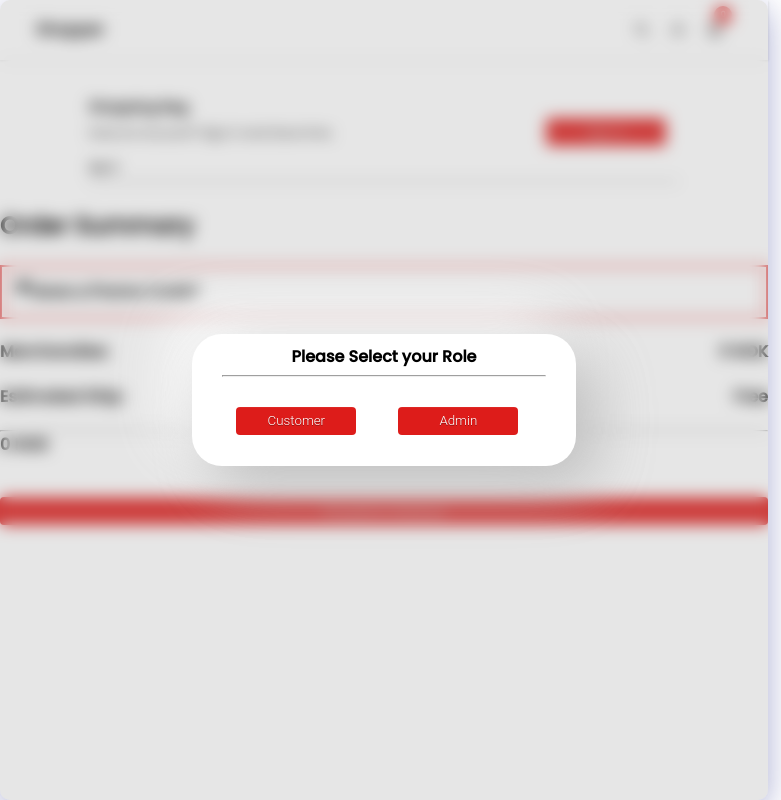
Repository: coolronts/aize-project
Page: /cart
These files come from the project's save history. The page is drawn as it stood at one moment and after the next save; the edit follows.
The browser window is 768 px wide. The page is 781 px wide, then 769 px, so the pictures cover 781 px, including what lies to the right of the window. The pictures show the whole page.
The project was rebuilt for these pictures with package versions that can differ from the ones it lists, and the page was loaded fresh each time. Also part of the build but not shown: src/components/CartItem/CartItem.tsx, src/pages/Shop/shop.module.css, src/components/Card/Card.tsx, src/components/EditModal/editModal.module.css, src/components/EditModal/EditModal.tsx, src/components/AddModal/addModal.module.css, src/components/AddModal/AddModal.tsx, src/pages/Shop/Shop.tsx.

Above is the page before, as saved 2021-09-17 12:45:28.

### src/index.css
* {
    line-height: 1.6;
}

h1 {
    font-size: 2em;
}

h2 {
    font-size: 1.5em;
}

h3 {
    font-size: 1.17em;
}

h4 {
    font-size: 1em;
}

### src/App.tsx
import React, { useState, useEffect } from 'react';
import {BrowserRouter,Switch,Route} from 'react-router-dom';

//components
import Cart from "./pages/Cart/Cart"
import Shop from "./pages/Shop/Shop"
import Modal from "./components/Modal/Modal"
import Header from "./components/Header/Header"

//context
import {UserContextProvider} from './context/user'
import {CommonContextProvider} from './context/common'

//interface
import {ProductCartType, IProduct} from './interfaces'

//api
import {Get, Delete} from './api/api'

const App: React.FunctionComponent = () => {
  //States
  //user States
  const [id, setId] = useState<number|null>(null)
  const [role, setRole]= useState<'ADMIN'|'CUSTOMER'|null>(null)

  //product States
  const [products, setProducts] = useState<ProductCartType[]>([])
  const [allProducts, setAllProducts] = useState<IProduct[]>([])
  const [cartQty, setCartQty] = useState<number>(0)

  //common States
  const [isLoading,setIsLoading] = useState<boolean>(false)
  const updateIsLoading = (state:boolean)=>{setIsLoading(state)}

  const [isError,setIsError] = useState<boolean>(false)
  const updateIsError = (state:boolean)=>{setIsError(state)}

  const [isEdit, setIsEdit] = useState<string>('')
  const updateIsEdit = (type:string)=>{setIsEdit(type)}

  const [isAdd, setIsAdd] = useState<boolean>(false)
  const updateIsAdd = (state:boolean)=>{setIsAdd(state)}


  const [selectedProduct, setSelectedProduct] = useState<IProduct>({} as IProduct)
  const updateSelectedProduct = (product: IProduct)=>{setSelectedProduct(product)}


  const getAllProducts = ()=>{
    updateIsLoading(true)
    Get.getProducts()
    .then(response => (setAllProducts(response)))
    .catch(error => (setIsError(error)))
    updateIsLoading(false)
  }

  const DeleteProduct = (id:number)=>{
    updateIsLoading(true)
    Delete.deleteProduct(id)
    .then(() => getAllProducts())
  }

  const addUser = (_id:number) =>{
    updateIsLoading(true)
    setId(()=>_id);
    (_id%2===0) ? setRole(()=>'CUSTOMER') : setRole(()=>'ADMIN')
    updateIsLoading(false)
  }

  const addProduct = (_id:number, _quantity:number) =>{
    const foundProduct = products.find(x => x.id === _id)
    if(foundProduct){foundProduct.quantity += _quantity}
    else{setProducts(products.concat({id:_id,quantity:_quantity}))}
    setCartQty(()=>cartQty+1)
  }

  const addCart = async (_cart:ProductCartType[])=>{setProducts(()=>(_cart))}

  useEffect(() =>{
    if(id != null){
      updateIsLoading(true)
      Get.getUserCart(id)
      .then(response =>{
        if(response.products != null){
          addCart(response.products)
          let totalQty = 0
          response.products.map((product) => totalQty += product.quantity)
          setCartQty(totalQty)
          updateIsLoading(false)}
        }
      )}
  },[id])


  const userContextValues ={Cart:{id,products},cartQty, role,addUser,addProduct, addCart, DeleteProduct}
  const commonContextValues = {selectedProduct, updateSelectedProduct, isLoading, isError, updateIsError, updateIsLoading, allProducts,  getAllProducts, isEdit, updateIsEdit, isAdd, updateIsAdd}


  return (
    <CommonContextProvider value={commonContextValues}>
      <UserContextProvider value={userContextValues}>
        {(id==null || isLoading ) && <Modal/>}
        <BrowserRouter>
          <Header/>
          <Switch>
            <Route path="/" exact component={Shop}/>
            {<Route path="/cart" exact component={Cart}/>}
          </Switch>
        </BrowserRouter>
      </UserContextProvider>
    </CommonContextProvider>
  )
};

export default App;

### src/pages/Cart/Cart.tsx
import React,{useContext,  useState} from 'react';
import styles from './cart.module.css';
import {AiFillTag} from "react-icons/ai";

//components
import CartItem from '../../components/CartItem/CartItem'

//context
import UserContext from '../../context/user'
const Cart: React.FunctionComponent = () => {

  const userContext = useContext(UserContext)
  const productsList = userContext.Cart.products

  const[total,setTotal]= useState<number>(0)

  const updateTotal = (newPrice:number):void =>{setTotal((prevState)=>newPrice+prevState)}

  return (
    <div className={styles.container}>
      <div className={styles.shoppingBag}>
        <h1>Shopping Bag</h1>
        <div className={styles.signInContainer}>
          <p>Have an Account? Sign in and Save time.</p>
          <button>Sign In </button>
        </div>
        <div className={styles.cart}>
          <h2>Qty: {userContext.cartQty} </h2>
          <hr/>
          {productsList.map((item,index) => {
            return (
              <div key={index}>
                <CartItem id={item.id} qty={item.quantity}  updateTotal={updateTotal}/>
              </div>
            )
          })}
        </div>
      </div>
      <div className={styles.orderSummary}>
        <h2>Order Summary</h2>
        <div className={styles.promoCode}>
          <AiFillTag/>
          <h4>Have a Promo Code?</h4>
        </div>
        <div className={styles.price}>
          <h4>Merchandise:</h4>
          <strong>{total} NOK</strong>
        </div>
        <div className={styles.price}>
          <h4>Estimated Ship:</h4>
          <strong>Free</strong>
        </div>
        <hr/>
        <div className={styles.price}>
          <h3><strong>Order Total</strong></h3>
          <strong>{total} NOK</strong>
        </div>
        <div className={styles.PayButtonContainer}>
          <button>Proceed to Checkout</button>
        </div>
      </div>
    </div>
  )
};

export default Cart;

### src/components/Modal/Modal.tsx
import React, { useContext } from 'react';
import styles from './modal.module.css'

//context
import UserContext from '../../context/user'
import CommonContext from '../../context/common'

const Modal: React.FunctionComponent = () => {
  const userContext = useContext(UserContext)
  const commonContext = useContext(CommonContext)

  return (
    <div className={styles.container}>
      <div className={styles.modal}>
        {commonContext.isLoading ?
          <div className={styles.loaderContainer}>
            <div className={styles.loader}></div>
          </div>

        :
          <>
            <h4>Please Select your Role</h4>
            <hr/>
            <div className={styles.buttonContainer}>
              <button onClick={()=>{!userContext.Cart.id && userContext.addUser(Math.floor(Math.random() * 49)*2)}}>Customer</button>
              <button onClick={()=>{!userContext.Cart.id && userContext.addUser(Math.floor(Math.random() * 49)*2 + 1)}}>Admin</button>
            </div>
          </>
        }
      </div>
    </div>
  )
}

export default Modal

### src/components/Header/Header.tsx
import React, {useContext} from 'react';
import styles from './header.module.css';
import {Link} from "react-router-dom";
//component
import Logo from '../Logo/Logo'
//context
import UserContext from '../../context/user';

const Header: React.FunctionComponent = () => {
  const userContext = useContext(UserContext)
  const role = userContext.role

  return (
    <header>
      <div>
        <Link to="/" className={styles.linkStyle}><h1>Shopper</h1></Link>
      </div>
      <h3 className={styles.role}> <span>you're logged in as </span>{role}</h3>
      <div className={styles.logoContainer}>
        <Logo logo={"search"}/>
        <Logo logo={"user"}/>
        <Logo logo={"cart"}/>
      </div>
    </header>
  )
}

export default Header

### src/context/user.ts
import { createContext } from "react";
import {IUserProp, ProductCartType} from '../interfaces'

//initializing the state
const UserContext = createContext<IUserProp>({
  Cart:{id:null,products:[]},
  role:null,
  cartQty: 0,
  addCart:(products:ProductCartType[])=>{},
  addUser:(id:number)=>{},
  addProduct:(id:number)=>{},
  DeleteProduct:(id:number)=>{}
})

export const UserContextConsumer = UserContext.Consumer;
export const UserContextProvider = UserContext.Provider;
export default UserContext;

### src/context/common.ts
import { createContext } from "react";
import {ICommon,IProduct} from '../interfaces'

//initializing the state
const CommonContext = createContext<ICommon>({
  isLoading:false,
  isError:false,
  updateIsLoading:(state:boolean) =>{},
  updateIsError:(state:boolean) =>{},
  allProducts:[],
  getAllProducts:()=>{},
  isEdit:'',
  updateIsEdit:(type:string)=>{},
  selectedProduct:{} as IProduct,
  updateSelectedProduct:(product:IProduct|null)=>{},
  isAdd:false,
  updateIsAdd:(state:boolean)=>{}
})

export const CommonContextConsumer = CommonContext.Consumer;
export const CommonContextProvider = CommonContext.Provider;
export default CommonContext;

### src/api/api.ts
import axios, {AxiosResponse} from 'axios';
import {IProduct, UserCartType} from '../interfaces'

const instance = axios.create({
  baseURL: 'http://localhost:8080',
  timeout: 15000,
});

const responseBody = (response: AxiosResponse) => response.data;

const requests = {
	get: (url: string) => instance.get(url).then(responseBody),
  delete: (url: string) => instance.delete(url).then(responseBody),
  put: (url: string, body: {}) => instance.put(url, body).then(responseBody),
  post: (url: string, body: {}) => instance.post(url, body).then(responseBody),
};


export const Get={
  getProducts: (): Promise<IProduct[]> => requests.get('products'),
  getUserCart: (id:number): Promise<UserCartType> => requests.get('carts/'+ id),
  getProduct: (id:number): Promise<IProduct> => requests.get('products/'+ id),
  searchProduct: (query:string): Promise<IProduct[]> => requests.get('products?q='+ query),
}

export const Delete={
  deleteProduct: (id:number): Promise<void> => requests.delete('products/'+id)
}

export const Put={
  updateProduct: (post: IProduct, id: number): Promise<IProduct> =>requests.put('/products/' + id, post)
}
export const Post={
  addProduct: (post: IProduct): Promise<IProduct> =>requests.post('/products', post)}

### src/pages/Cart/cart.module.css
strong {
    font-weight: 600;
}

.container {
    padding: 24px 80px;
    display: flex;
}

.shoppingBag {
    width: 80%;
    padding: 12px 0px;
}

.signInContainer {
    margin-bottom: 12px;
    margin-top: 12px;
    display: flex;
    align-items: center;
    justify-content: space-between;
}

.cart {
    padding-top: 46px;
}

.orderSummary {
    padding: 12px 24px;
    width: 50%;
}

.promoCode {
    display: flex;
    margin: 20px 0;
    border: 2px solid #dd1c1a;
    padding: 12px;
    width: 100%;
    text-align: center;
}

.price {
    display: flex;
    justify-content: space-between;
    margin-bottom: 20px;
}

.PayButtonContainer>button {
    margin-top: 20px;
    width: 100%;
}

.buttonContainer {
    margin-top: 24px;
    display: flex;
    justify-content: center;
}

button {
    cursor: pointer;
    width: 120px;
    background-color: #dd1c1a;
    display: inline-block;
    padding: 0.3em 1.2em;
    margin: 0 1em 0.1em 0;
    border: 0.16em solid rgba(255, 255, 255, 0);
    border-radius: 2em;
    box-sizing: border-box;
    text-decoration: none;
    font-family: 'Roboto', sans-serif;
    font-weight: 300;
    color: white;
    text-shadow: 0 0.04em 0.04em rgba(0, 0, 0, 0.35);
    text-align: center;
    transition: all 0.2s;
}

button:hover {
    border-color: rgba(255, 255, 255, 1);
}

@media screen and (max-width: 800px) {
    h1 {
        font-size: 14px;
    }
    .orderSummary>h2 {
        font-size: 24px;
    }
    p {
        font-size: 12px;
    }
    button {
        width: 120px;
        border-radius: 0.3em;
        padding: 0.1em 0.4em;
    }
    .container {
        padding: 24px 0px;
        flex-direction: column;
        align-items: center;
    }
    .shoppingBag {
        width: 80%;
        padding: 12px 12px;
        text-align: left;
    }
    .signInContainer {
        margin-bottom: 0px;
        margin-top: 0px;
    }
    .cart {
        padding-top: 12px;
    }
    img {
        padding: 0px;
    }
    .orderSummary {
        padding: 12px 0px;
        width: 100%;
    }
}

### src/components/Modal/modal.module.css
.container {
    width: 100%;
    height: 100%;
    position: fixed;
    background: rgba( 155, 155, 155, 0.25);
    box-shadow: 0 8px 32px 0 rgba( 31, 38, 135, 0.37);
    backdrop-filter: blur( 8px);
    -webkit-backdrop-filter: blur( 8px);
    border-radius: 10px;
    z-index: 20;
}

.modal {
    text-align: center;
    background-color: white;
    border-radius: 10px;
    padding: 10px 30px;
    width: 50%;
    position: absolute;
    top: 50%;
    left: 50%;
    transform: translate(-50%, -50%);
    border-radius: 30px;
    background: white;
    box-shadow: 20px 20px 60px #bebebe, -20px -20px 60px #ffffff;
}

.buttonContainer {
    display: flex;
    margin: 20px 0;
    justify-content: space-around;
    flex-wrap: wrap;
}

.buttonContainer>button {
    margin-top: 10px;
}

.loaderContainer {
    padding: 10px 30px 10px 30px;
    width: 100%;
    height: 100%;
    display: flex;
    justify-content: center;
}

.loader {
    position: relative;
    border: 16px solid #f3f3f3;
    border-radius: 50%;
    border-top: 16px solid #3498db;
    width: 120px;
    height: 120px;
    -webkit-animation: spin 2s linear infinite;
    /* Safari */
    animation: spin 2s linear infinite;
}


/* Safari */

@-webkit-keyframes spin {
    0% {
        -webkit-transform: rotate(0deg);
    }
    100% {
        -webkit-transform: rotate(360deg);
    }
}

@keyframes spin {
    0% {
        transform: rotate(0deg);
    }
    100% {
        transform: rotate(360deg);
    }
}

@media screen and (max-width: 800px) {
    .container {
        text-align: center;
    }
}

### src/components/Header/header.module.css
header {
    box-shadow: 0 1px 3px 0 rgba(0, 0, 0, 0.1), 0 1px 2px 0 rgba(0, 0, 0, 0.06);
    padding: 12px 36px;
    display: flex;
    justify-content: space-between;
    align-items: center;
}

.logoContainer {
    display: flex;
}

.role {
    color: #dd1c1a;
}

.role>span {
    font-size: 12px;
    margin-right: 3px;
    color: black;
}

.linkStyle {
    text-Decoration: none;
    color: black;
}

@media screen and (max-width: 800px) {
    .linkStyle>h1 {
        font-size: 16px;
    }
}

### src/components/Logo/Logo.tsx
import React, {useContext, useState} from 'react'
import styles from './logo.module.css'
import {Link} from "react-router-dom"

//icons
import {MdCancel} from "react-icons/md"
import { AiOutlineShoppingCart, AiOutlineUser, AiOutlineSearch } from 'react-icons/ai';

//interface
import {IProduct} from '../../interfaces'

//context
import UserContext from '../../context/user'

//api
import {Get} from "../../api/api"

const Logo: React.FunctionComponent<{logo:string}>= ({logo}) => {
  const userContext = useContext(UserContext)

  const [searchItems, setSearchItems] = useState<IProduct[]>([])
  const [isSearch, setIsSearch] = useState<boolean>(false)

  const search = (keyword:any) =>{
    if(keyword.length===0){
      setIsSearch(false)
    }
    else{
      setIsSearch(true)
      Get.searchProduct(keyword)
      .then(result => {setSearchItems(()=>result.slice(0,5))})
    }
  }
  return (
    <>
      {logo==="cart" && (
        <Link to="/cart">
          <div className={styles.logoContainer}>
            <AiOutlineShoppingCart className={styles.icon}/>
            {userContext.Cart.products != null && (<p className={styles.badge}>{userContext.cartQty}</p>)}
          </div>
        </Link>
      )}

      {logo==="user" && (
        <div className={styles.logoContainer}>
         <AiOutlineUser className={styles.icon}/>
        </div>
      )}

      {logo==="search" && (
        <>
          { isSearch && <div className={styles.searchContainer}>
            <input type="text" onChange={(e)=>search(e.target.value)} className={styles.searchBox}/>
            <MdCancel onClick={()=>setIsSearch(false)}  />
            <>
              {isSearch &&
                <div className={styles.suggestionContainer}>
                  {isSearch && searchItems.map((item,index)=>{
                    return(
                      <div key={index} className={styles.suggestionContainer}>
                        <div className={styles.suggestion}>
                          <div className={styles.imageContainer}>
                            <img src={item.defaultImage} alt="product"/>
                          </div>

                          <div className={styles.info}>
                            <p className={styles.name}>{item.name}</p>
                            <p>Price: {item.price} Nok</p>
                            <p>Discount:  -{item.discount}%</p>
                          </div>
                        </div>
                        <hr></hr>
                      </div>
                     )
                  })}
                </div>
              }
            </>
          </div>}

          <div onClick={()=>{
            setIsSearch(true)
            setSearchItems([])
            }} className={styles.logoContainer}>
            <AiOutlineSearch  className={styles.icon}/>
          </div>
        </>
      )}
    </>
  )
}

export default Logo

### src/components/CartItem/cartItem.module.css
strong {
    font-weight: 600;
}

.product {
    display: flex;
    margin-top: 20px;
    border-bottom: 2px solid whitesmoke;
    padding: 10px 10px;
    cursor: pointer;
}

.product:hover {
    border-radius: 30px;
    background: #e0e0e0;
    box-shadow: 20px 20px 60px #bebebe, -20px -20px 60px #ffffff;
}

.imageContainer>img {
    width: 200px;
    border-radius: 30px;
    object-fit: contain;
}

.productInfo {
    height: inherit;
    display: flex;
    flex-direction: column;
    justify-content: space-between;
    margin-left: 20px;
    width: 50%;
}

.vl {
    border-left: 2px solid #D3D3D3;
    height: 60px;
    align-self: center;
}

.productSummary {
    margin-left: 20px;
    display: flex;
    flex-direction: column;
    justify-content: center;
    text-align: center;
    color: #dd1c1a;
    width: 45%;
}

@media screen and (max-width: 800px) {
    h1 {
        font-size: 14px;
    }
    h2 {
        font-size: 10px;
    }
    p {
        font-size: 12px;
    }
    .product {
        flex-direction: column;
    }
    .imageContainer>img {
        width: 200px;
    }
    .productInfo {
        margin-left: 0px;
        width: 100%;
    }
    .vl {
        display: none
    }
    .productSummary {
        margin-left: 0px;
        flex-direction: row;
        justify-content: flex-start;
        text-align: left;
    }
}

### src/components/Card/card.module.css
            @import url('https://fonts.googleapis.com/css2?family=Poppins:wght@300;400;500&display=swap');
            * {
                margin: 0;
                padding: 0;
                box-sizing: border-box;
                font-family: 'Poppins', sans-serif;
            }

            .container {
                overflow: hidden;
                position: relative;
                display: flex;
                flex-direction: column;
                justify-content: space-between;
                cursor: pointer;
                width: 300px;
                height: 360px;
                padding: 25px;
                background: #fff;
                max-width: 260px;
                border-radius: 20px;
                margin: 10px auto;
                border-radius: 50px;
                box-shadow: 20px 20px 60px #bebebe, -20px -20px 60px #ffffff;
            }

            .discount {
                position: absolute;
                background-color: #dd1c1a;
                font-weight: bold;
                font-size: 14px;
                color: white;
                padding-left: 20px;
                padding-top: 24px;
                height: 65px;
                width: 65px;
                border-radius: 50%;
                left: -10px;
                top: -15px;
                box-shadow: 0 5px 10px rgba(146, 61, 36, 0.05), 0 15px 40px rgba(165, 83, 63, 0.2);
            }

            .imageContainer {
                text-align: center;
            }

            .imageContainer>img {
                width: 100px;
            }

            .adminControl {
                display: flex;
                justify-content: center;
            }

            .adminControl>.icon {
                margin-right: 10px;
                padding: 3px 3px 3px 3px;
                font-size: 30px;
            }

            .adminControl>.icon:hover {
                box-shadow: 0 5px 10px rgba(146, 61, 36, 0.05), 0 15px 40px rgba(165, 83, 63, 0.2);
            }

            .icon {
                color: #dd1c1a;
            }

            .name {
                font-weight: bold;
                text-align: center;
                margin-top: 5px;
                height: 40px;
            }

            .description {
                font-weight: 500;
                font-size: 12px;
                text-align: justify;
                margin-bottom: 10px;
                line-height: normal;
                white-space: pre-wrap;
                overflow: hidden;
                text-overflow: ellipsis;
                height: 80px;
            }

            .price {
                text-align: center;
                font-weight: bolder;
                color: #dd1c1a;
                margin-bottom: 10px;
            }

            .buttonContainer {
                display: flex;
                justify-content: space-around;
            }

            .buttonContainer>button {
                cursor: pointer;
                width: 120px;
                background-color: #dd1c1a;
                display: inline-block;
                padding: 0.3em 1.2em;
                margin: 0 0.1em 0.1em 0;
                border: 0.16em solid rgba(255, 255, 255, 0);
                border-radius: 2em;
                box-sizing: border-box;
                text-decoration: none;
                font-family: 'Roboto', sans-serif;
                font-weight: 300;
                color: white;
                text-shadow: 0 0.04em 0.04em rgba(0, 0, 0, 0.35);
                text-align: center;
                transition: all 0.2s;
            }

            .buttonContainer>button:hover {
                border-color: rgba(255, 255, 255, 1);
            }

            @media screen and (max-width: 800px) {
                .container {
                    justify-content: start
                }
                .name {
                    margin-top: 5px;
                }
                .description {
                    font-weight: 300;
                    font-size: 12px;
                    line-height: normal;
                    white-space: pre-wrap;
                    overflow: hidden;
                    text-overflow: ellipsis;
                }
                .price {
                    text-align: center;
                    display: block;
                    font-size: 16px;
                    width: 100%;
                }
            }

### src/components/Logo/logo.module.css
.logoContainer {
    position: relative;
    cursor: pointer;
    border-radius: 18px;
    padding: 18px;
    z-index: 1;
    margin-right: 18px;
}

.logoContainer:hover {
    box-shadow: 0 5px 10px rgba(146, 61, 36, 0.05), 0 15px 40px rgba(165, 83, 63, 0.2);
}

.icon {
    position: absolute;
    font-size: 24px;
    color: black;
    z-index: 5;
    top: 0;
    bottom: 0;
    left: 0;
    right: 0;
    margin: auto auto auto auto;
}

.badge {
    position: absolute;
    background-color: #dd1c1a;
    color: white;
    font-weight: bold;
    font-size: 8px;
    width: 18px;
    height: 18px;
    border-radius: 50%;
    text-align: center;
    top: -6px;
    line-height: 18px;
}

.searchContainer {
    width: 100%;
    height: 100%;
    left: 0;
    padding: 2% 20%;
    position: fixed;
    background: rgba( 255, 255, 255, 1);
    box-shadow: 0 8px 32px 0 rgba( 31, 38, 135, 0.37);
    backdrop-filter: blur( 4px);
    -webkit-backdrop-filter: blur( 4px);
    border-radius: 10px;
    border: 1px solid rgba( 255, 255, 255, 0.18);
    z-index: 20;
    text-align: center;
    overflow-y: scroll;
}

.searchContainer>input {
    margin-top: 5%;
    border-radius: 12px;
    outline: none;
    border: 1px solid black;
    padding: 0.5em 1em 0.5em 1em;
}

.suggestion {
    padding-top: 10px;
    display: flex;
    justify-content: center;
    align-items: center;
    margin-bottom: 3px;
    margin-top: 10px;
    width: 100%;
    border-radius: 12px;
}

.suggestion:hover {
    background-color: gainsboro;
}

.imageContainer {
    padding: 20px;
}

.imageContainer>img {
    width: 100px;
}

.info {
    display: flex;
    flex-direction: column;
    text-align: left;
    width: 60%;
}

.name {
    font-size: 18px;
}

.price {
    margin-top: 5px;
    width: 60%;
    display: flex;
    justify-content: space-around;
    width: 100%;
    font-size: 12px;
}

.suggestion>img {
    width: 5%;
    border-radius: 12px;
}

hr {
    margin-top: 5px;
}

@media screen and (max-width: 800px) {
    .logoContainer {
        margin-right: 0px;
    }
    .icon {
        font-size: 16px;
    }
    h3 {
        display: none;
    }
    h3>span {
        display: block;
    }
    .searchContainer {
        position: fixed;
        left: 0;
        top: 0;
        padding: 20px 20px;
    }
    .suggestion {
        align-items: center;
        margin-bottom: 3px;
        margin-top: 10px;
        width: 100%;
        margin-left: 0%;
    }
}

Loaded but not shown: public/index.html (common file); src/index.tsx (common file)

After the next save:
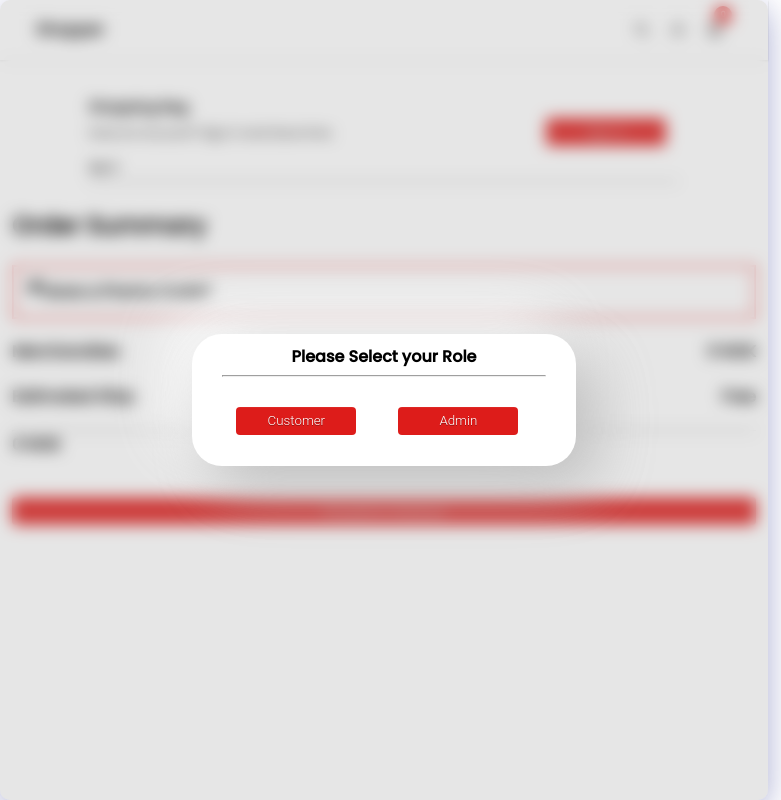
Saved 18 s later.
--- a/src/pages/Cart/cart.module.css
+++ b/src/pages/Cart/cart.module.css
@@ -114,7 +114,7 @@ button:hover {
         padding: 0px;
     }
     .orderSummary {
-        padding: 12px 0px;
+        padding: 12px 12px;
         width: 100%;
     }
 }
